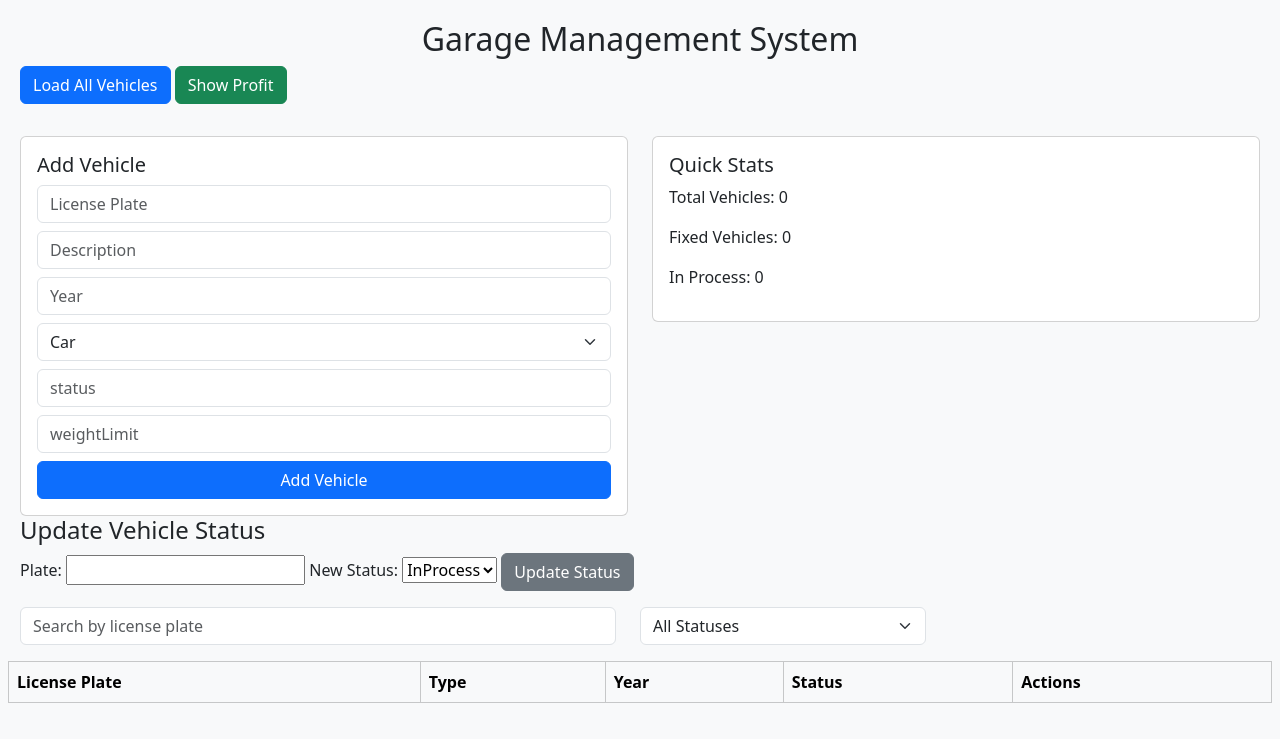
Repository: pravinpkadam444/garage-app
Page: garage-app/src/main/resources/static/index.html
An editor plug-in stored every save of this project. The page is shown before and after the next save, followed by the edit.
The browser window is 1280 px wide. The pictures show the whole page.
The page's requests for data from a server got no answer.

Above is the page before, as saved 2025-12-07 12:15:55.

### garage-app/src/main/resources/static/index.html
<!DOCTYPE html>
<html lang="en">
<head>
    <meta charset="UTF-8">
    <title>Garage Management System</title>
    <link href="https://cdn.jsdelivr.net/npm/bootstrap@5.3.2/dist/css/bootstrap.min.css" rel="stylesheet">
    <style>
        body { padding: 20px; background: #f8f9fa; }
        table { margin-top: 15px; }
        tr:hover { background: #e9ecef; cursor: pointer; }
    </style>
</head>
<body>

<h2><center>Garage Management System</center></h2>

<div class="mb-3">
    <button class="btn btn-primary" onclick="loadVehicles()">Load All Vehicles</button>
    <button class="btn btn-success" onclick="showProfit()">Show Profit</button>
</div>

<!-- Add Vehicle Form -->
<div class="row mt-3">
    <!-- Left column: Add Vehicle Form -->
    <div class="col-md-6">
		<div class="card mt-3 p-3">
		    <h5>Add Vehicle</h5>
		    <input id="addPlate" class="form-control mb-2" placeholder="License Plate">
		    <input id="addDesc" class="form-control mb-2" placeholder="Description">
		    <input id="addYear" type="number" class="form-control mb-2" placeholder="Year">
		    <select id="addType" class="form-select mb-2">
		        <option value="Car">Car</option>
		        <option value="Motorcycle">Motorcycle</option>
		        <option value="Truck">Truck</option>
		    </select>
		    <input id="addStatus" class="form-control mb-2" placeholder="status">
		    <input id="addWeightLimit" class="form-control mb-2" placeholder="weightLimit">

		    <button class="btn btn-primary" onclick="addVehicle()">Add Vehicle</button>
		</div>
	</div>

	<!-- Right column: Quick Stats -->
    <div class="col-md-6">
		<!-- Quick Stats -->
		<div class="card mt-3 p-3">
		    <h5>Quick Stats</h5>
		    <p>Total Vehicles: <span id="totalVehicles">0</span></p>
		    <p>Fixed Vehicles: <span id="fixedVehicles">0</span></p>
		    <p>In Process: <span id="inProcessVehicles">0</span></p>
		</div>
	</div>

	<!-- Update Status -->
	<div class="box">
	    <h4>Update Vehicle Status</h4>
	    <label>Plate:</label>
	    <input type="text" id="updPlate">

	    <label>New Status:</label>
	    <!--<input type="text" id="updStatus">-->
		<select id="updStatus">
            <option value="InProcess">InProcess</option>
            <option value="Fixed">Fixed</option>
            <option value="Released">Released</option>
        </select>

	    <button class="btn btn-secondary" onclick="updateStatus()">Update Status</button>
	    <pre id="updResult"></pre>
	</div>
<!-- Search/filter -->
<div class="row mb-3">
    <div class="col-md-6">
        <input type="text" id="searchBox" class="form-control" placeholder="Search by license plate" onkeyup="loadVehicles()">
    </div>
    <div class="col-md-3">
        <select id="statusFilter" class="form-select" onchange="loadVehicles()">
            <option value="All">All Statuses</option>
            <option value="New">New</option>
            <option value="InProcess">In Process</option>
            <option value="Fixed">Fixed</option>
            <option value="Released">Released</option>
        </select>
    </div>
</div>

<!-- Vehicle Table -->
<table class="table table-bordered">
    <thead class="table-light">
        <tr>
            <th>License Plate</th>
            <th>Type</th>
            <th>Year</th>
            <th>Status</th>
            <th>Actions</th>
        </tr>
    </thead>
    <tbody id="vehicleTableBody"></tbody>
</table>

<!-- Vehicle Details -->
<div class="card mt-3" id="vehicleDetails" style="display:none;">
    <div class="card-body">
        <h5>Vehicle Details</h5>
        <ul id="detailsList"></ul>
    </div>
</div>

<!-- Add Vehicle Form -->
<!--<div class="card mt-3 p-3">
    <h5>Add Vehicle</h5>
    <input id="addPlate" class="form-control mb-2" placeholder="License Plate">
    <input id="addDesc" class="form-control mb-2" placeholder="Description">
    <input id="addYear" type="number" class="form-control mb-2" placeholder="Year">
    <select id="addType" class="form-select mb-2">
        <option value="Car">Car</option>
        <option value="Motorcycle">Motorcycle</option>
        <option value="Truck">Truck</option>
    </select>
    <input id="addStatus" class="form-control mb-2" placeholder="status">
    <input id="addWeightLimit" class="form-control mb-2" placeholder="weightLimit">

    <button class="btn btn-primary" onclick="addVehicle()">Add Vehicle</button>
</div>-->

<!-- Quick Stats -->
<!--<div class="card mt-3 p-3">
    <h5>Quick Stats</h5>
    <p>Total Vehicles: <span id="totalVehicles">0</span></p>
    <p>Fixed Vehicles: <span id="fixedVehicles">0</span></p>
    <p>In Process: <span id="inProcessVehicles">0</span></p>
</div>-->

<script>
    // Load all vehicles
    function loadVehicles(){
        fetch("/api/vehicle/getAll")
            .then(res => res.json())
            .then(data => {
                const keyword = document.getElementById("searchBox").value.toLowerCase();
                const statusFilter = document.getElementById("statusFilter").value;
                const filtered = data.filter(v =>
                    (statusFilter === "All" || v.status === statusFilter) &&
                    v.licensePlate.toLowerCase().includes(keyword)
                );
                renderTable(filtered);
                updateStats(data);
            });
    }

    // Render vehicle table
    function renderTable(list) {
        const tbody = document.getElementById("vehicleTableBody");
        tbody.innerHTML = "";
        list.forEach(v => {
            const row = document.createElement("tr");
            row.innerHTML = `
                <td>${v.licensePlate}</td>
                <td>${v.type}</td>
                <td>${v.year}</td>
                <td>${v.status}</td>
                <td><button onclick="viewDetails('${v.licensePlate}')" class="btn btn-sm btn-info">View</button></td>
            `;
            tbody.appendChild(row);
        });
    }

    // Update stats
    function updateStats(data) {
		//const addstatus = document.getElementById("addStatus").value;
        document.getElementById("totalVehicles").innerText = data.length;
        document.getElementById("fixedVehicles").innerText = data.filter(v => v.status === "Fixed").length;
        document.getElementById("inProcessVehicles").innerText = data.filter(v => v.status === "InProcess").length;
    }

    // View vehicle details
    function viewDetails(plate) {
        fetch(`/api/vehicle/search/${encodeURIComponent(plate)}`)
            .then(res => res.json())
            .then(v => {
				if (Array.isArray(v)) {
                	v = v[0];
            	}
                const detailsDiv = document.getElementById("vehicleDetails");
                const detailsList = document.getElementById("detailsList");
                detailsDiv.style.display = "block";
                detailsList.innerHTML = `
                    <li><B>License Plate</B>: ${v.licensePlate}</li>
                    <li><B>Description  </B>: ${v.description}</li>
                    <li><B>Year        </B> : ${v.year}</li>
                    <li><B>Type         </B>: ${v.type}</li>
                    <li><B>Status       </B> : ${v.status}</li>
                    <li><B>WeightLimit  </B>: ${v.weightLimit}</li>
                `;
            }).then(v => {
            console.log("API response:", v); // <-- SEE WHAT IT RETURNS
        });
    }

    // Add vehicle
    function addVehicle() {
        const vehicle = {
            licensePlate: document.getElementById("addPlate").value,
            description: document.getElementById("addDesc").value,
            year: parseInt(document.getElementById("addYear").value),
            type: document.getElementById("addType").value,
             status: document.getElementById("addStatus").value,
             weightLimit:document.getElementById("addWeightLimit").value
        };
        fetch("/api/vehicle/add", {
            method: "POST",
            headers: {"Content-Type": "application/json"},
            body: JSON.stringify(vehicle)
        }).then(() => {
            loadVehicles();
            alert("Vehicle added successfully!");
        });
    }
    //Update status
    function updateStatus() {
	    const plate = document.getElementById("updPlate").value;
	    const status = document.getElementById("updStatus").value;

	    fetch(`/api/vehicle/status/${plate}/${status}`, { method: "PUT" })
	        .then(res => res.text())
	        .then(text => document.getElementById("updResult").innerText );
	}

    // Show profit
    function showProfit() {
        fetch("/api/vehicle/profit")
            .then(res => res.text())
            .then(profit => alert("Total Profit: $" + profit));
    }

	//Auto refreah
	 setInterval(() => {
        loadVehicles();
    }, 5000);
    // Initial load
    window.onload = loadVehicles;

</script>

</body>
</html>

After the next save:
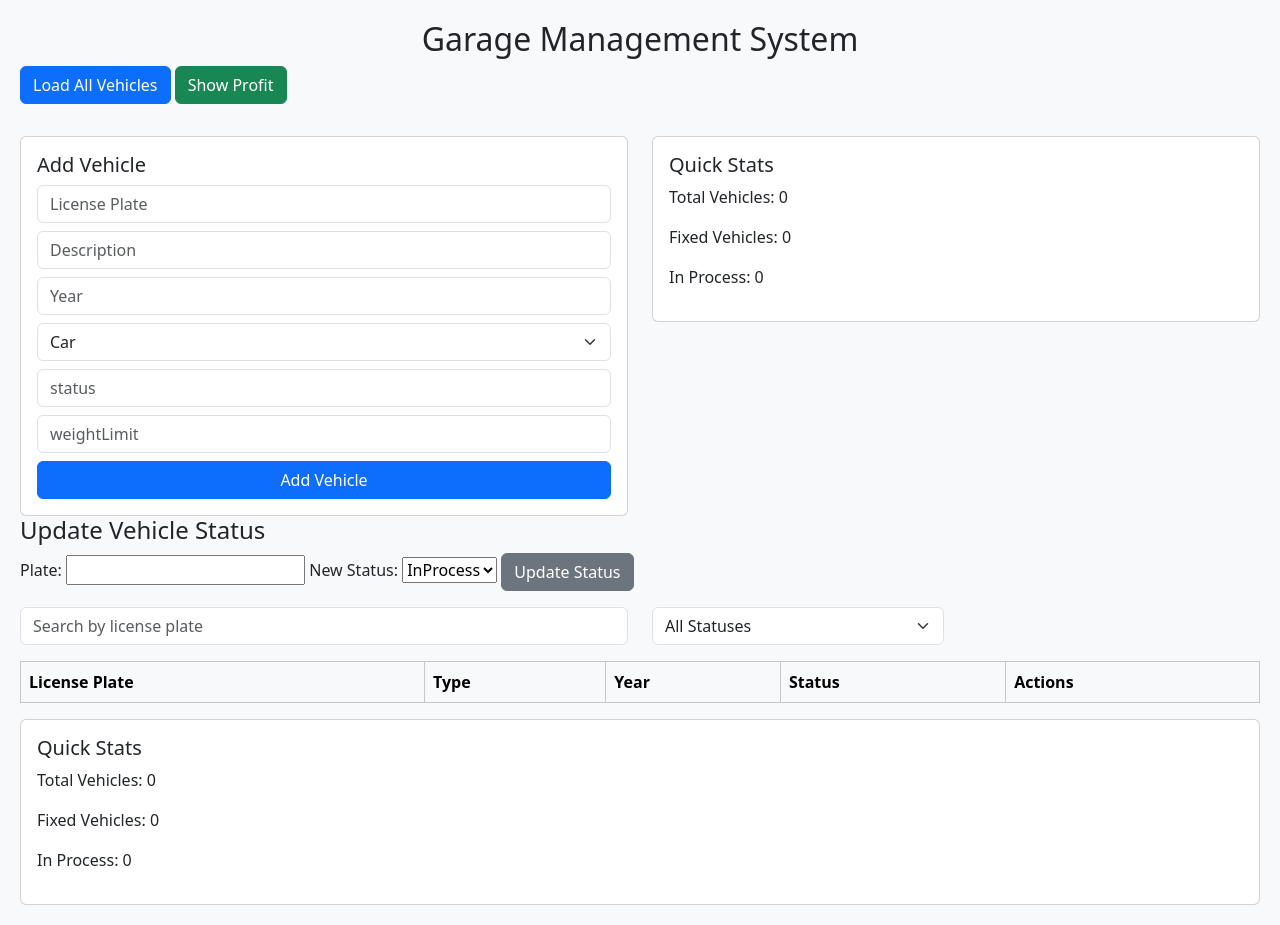
Saved 4 min 15 s later.
--- a/garage-app/src/main/resources/static/index.html
+++ b/garage-app/src/main/resources/static/index.html
@@ -50,7 +50,7 @@
 		    <p>In Process: <span id="inProcessVehicles">0</span></p>
 		</div>
 	</div>
-
+</div>
 	<!-- Update Status -->
 	<div class="box">
 	    <h4>Update Vehicle Status</h4>
@@ -124,12 +124,12 @@
 </div>-->
 
 <!-- Quick Stats -->
-<!--<div class="card mt-3 p-3">
+<div class="card mt-3 p-3">
     <h5>Quick Stats</h5>
     <p>Total Vehicles: <span id="totalVehicles">0</span></p>
     <p>Fixed Vehicles: <span id="fixedVehicles">0</span></p>
     <p>In Process: <span id="inProcessVehicles">0</span></p>
-</div>-->
+</div>
 
 <script>
     // Load all vehicles
